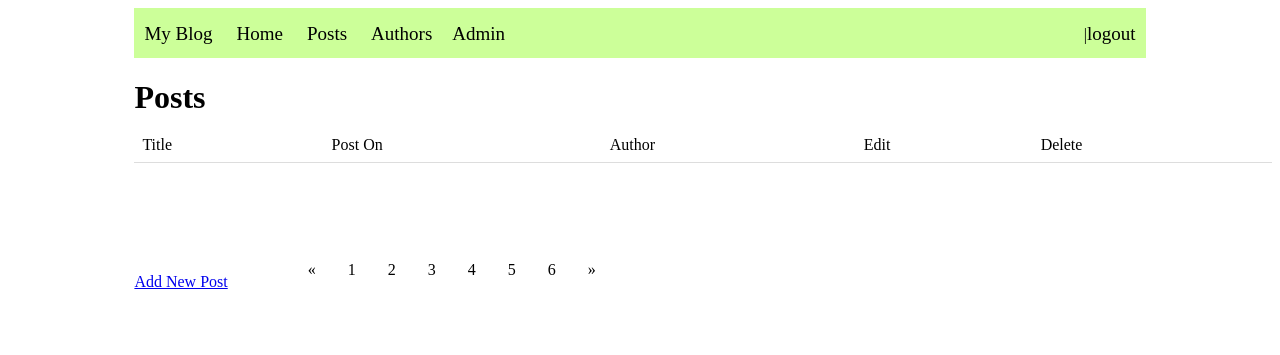
Repository: Software284/servlet-jsp-project
Page: http://localhost/Crud_WIth_Spring_Mvc_and_Hibernate_with_xml/WEB-INF/view/main.jsp
The author's editor kept a copy of each file at every save. The page is drawn from the files as they stood at one save, then again after the next save.
The browser window is 1280 px wide. The pictures show the whole page.
The page is served by Tomcat 9. Nobody is signed in. Other server files are loaded and not shown. The template is opened directly, without the code that normally fills it, so the values that code supplies are empty.

Above is the page before, as saved 2020-06-13 20:10:59.

### Crud WIth Spring Mvc and Hibernate with xml/WebContent/WEB-INF/view/main.jsp
<%@ page language="java" contentType="text/html; charset=ISO-8859-1"
    pageEncoding="ISO-8859-1"%>
<%@ taglib uri="http://java.sun.com/jsp/jstl/core" prefix="c"%>

<!DOCTYPE html>
<html>
<head>
	<title>Bootstrap Example</title>
  <meta charset="utf-8">
  <meta name="viewport" content="width=device-width, initial-scale=1">
  <style type="text/css">
  	.header
  	{
  	    width: 80%;
  	    height:50px;
  	    margin-left: 10%;
  		background-color: #ccff99;
  		padding:0px;
  	}
  	ul
  	{

  		margin:0px;
  		padding:0px;

  	}
  	ul li
  	{
  		display: inline-block;
  		margin-top: 10px;  		margin-left: 5px;
  		padding: 5px;
  		list-style-type: none;
  		margin-right: 5px;

  	}
  	ul li a
  	{
  		color:#fff;
  		text-decoration: none;
  		font-size: 19px;
  		color:#000;
  	}
  	ul li.right
  	{
  		float:right;
  	}
  	h1
  	{
  		margin-left:10%;
  		margin-bottom: 12px;
  		font-weight: bold;
  	}




.dropdown {
  position: relative;
  display: inline-block;
}

.dropdown-content {
  display: none;
  position: absolute;
  background-color: #f9f9f9;
  min-width: 160px;
  box-shadow: 0px 8px 16px 0px rgba(0,0,0,0.2);
  z-index: 1;
}

.dropdown-content a {
  color: black;
  padding: 12px 16px;
  text-decoration: none;
  display: block;
}

.dropdown-content a:hover {background-color: #f1f1f1}

.dropdown:hover .dropdown-content {
  display: block;
}
form
{
  margin-left:10%;
}
table {
  border-collapse: collapse;
  width: 100%;
  margin-bottom: 30px;
}

th, td {
  padding: 8px;
  text-align: left;
  border-bottom: 1px solid #ddd;
}

tr:hover {background-color:#f5f5f5;}



  @Media(max-width: 700px)
  {
  	.header ul li a
  	{
  		font-size: 15px;
  	}
  }
   @Media(max-width: 400px)
  {
  	.header ul li a
  	{
  		font-size: 10px;
  	}

  }

  .pagination {
  display: inline-block;
  margin-left:60px;
  margin-top:60px;
}

.pagination a {
  color: black;
  float: left;
  padding: 8px 16px;
  text-decoration: none;
}

.pagination a.active {
  background-color: #4CAF50;
  color: white;
}

.pagination a:hover:not(.active) {background-color: #ddd;}





  </style>
</head>
<body>





   <div class="header">
   	<ul>
   		<li><a href="#">My Blog</a></li>
   		<li><a href="#">Home</a></li>
   		<li class="dropdown">
   			<a href="#" class="dropbtn" >Posts</a>
   			<div class="dropdown-content">
   				<a href="#">Link1</a>
   				<a href="#">Link2</a>
   				<a href="#">Link3</a>
   			</div>
   		</li>
   		<li class="dropdown">
   			<a href="#" class="dropbtn">Authors</a>
   			<div class="dropdown-content">
   				<a href="#">Link1</a>
   				<a href="#">Link2</a>
   				<a href="#">Link3</a>
   			</div>

      <li class="dropdown">
        <a href="#" class="dropbtn">Admin</a>
        <div class="dropdown-content">
          <a href="#">Link1</a>
          <a href="#">Link2</a>
          <a href="#">Link3</a>
        </div>
      </li>

   		</li>
   		<li class="right"><c:out value="${username}"/>|<a href="logout">logout</a></li>
   	</ul>
   </div>
   <h1>Posts</h1>
   <form>
     <table>
       <thead>
              <tr>
        	 <td>Title</td>
             <td>Post On</td>
             <td>Author</td>
             <td>Edit</td>
             <td>Delete</td>
             </tr>
        </thead>
        <tbody>

        <c:forEach var="table" items="${rs.rows}">
             <tr>
               <td><c:out value="${table.title}"/></td>
              <td><c:out value="${table.posted_on}"/></td>
              <td><c:out value="${table.author}"/></td>
              <td><a href="updatepage?id=${table.id}">Update</a></td>
              <td><a href="delete?id=${table.id}">Delete</a></td>
            </tr>
        </c:forEach>

       </tbody>
     </table>
   </form>

   <a href="newpost" style="margin-left: 10%;">Add New Post</a>

   <div class="pagination">
  <a href="#">&laquo;</a>
  <a href="pagination?page=1">1</a>
  <a href="pagination?page=2">2</a>
  <a href="pagination?page=3">3</a>
  <a href="pagination?page=4">4</a>
  <a href="pagination?page=5">5</a>
  <a href="pagination?page=6">6</a>
  <a href="#">&raquo;</a>
</div>

</body>
</html>

After the next save:
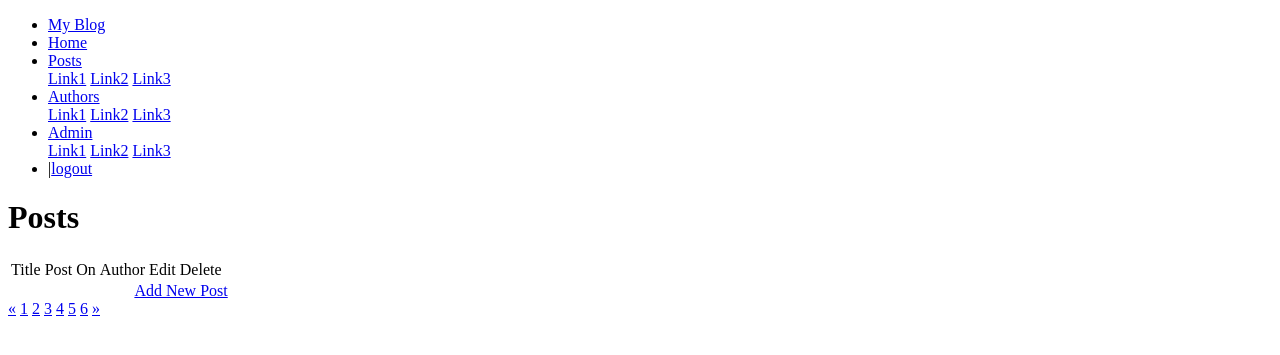
Saved 25 s later.
--- a/Crud WIth Spring Mvc and Hibernate with xml/WebContent/WEB-INF/view/main.jsp
+++ b/Crud WIth Spring Mvc and Hibernate with xml/WebContent/WEB-INF/view/main.jsp
@@ -8,139 +8,6 @@
 	<title>Bootstrap Example</title>
   <meta charset="utf-8">
   <meta name="viewport" content="width=device-width, initial-scale=1">
-  <style type="text/css">
-  	.header
-  	{
-  	    width: 80%;
-  	    height:50px;
-  	    margin-left: 10%;
-  		background-color: #ccff99;
-  		padding:0px;
-  	}
-  	ul
-  	{
-
-  		margin:0px;
-  		padding:0px;
-
-  	}
-  	ul li
-  	{
-  		display: inline-block;
-  		margin-top: 10px;  		margin-left: 5px;
-  		padding: 5px;
-  		list-style-type: none;
-  		margin-right: 5px;
-
-  	}
-  	ul li a
-  	{
-  		color:#fff;
-  		text-decoration: none;
-  		font-size: 19px;
-  		color:#000;
-  	}
-  	ul li.right
-  	{
-  		float:right;
-  	}
-  	h1
-  	{
-  		margin-left:10%;
-  		margin-bottom: 12px;
-  		font-weight: bold;
-  	}
-
-
-
-
-.dropdown {
-  position: relative;
-  display: inline-block;
-}
-
-.dropdown-content {
-  display: none;
-  position: absolute;
-  background-color: #f9f9f9;
-  min-width: 160px;
-  box-shadow: 0px 8px 16px 0px rgba(0,0,0,0.2);
-  z-index: 1;
-}
-
-.dropdown-content a {
-  color: black;
-  padding: 12px 16px;
-  text-decoration: none;
-  display: block;
-}
-
-.dropdown-content a:hover {background-color: #f1f1f1}
-
-.dropdown:hover .dropdown-content {
-  display: block;
-}
-form
-{
-  margin-left:10%;
-}
-table {
-  border-collapse: collapse;
-  width: 100%;
-  margin-bottom: 30px;
-}
-
-th, td {
-  padding: 8px;
-  text-align: left;
-  border-bottom: 1px solid #ddd;
-}
-
-tr:hover {background-color:#f5f5f5;}
-
-
-
-  @Media(max-width: 700px)
-  {
-  	.header ul li a
-  	{
-  		font-size: 15px;
-  	}
-  }
-   @Media(max-width: 400px)
-  {
-  	.header ul li a
-  	{
-  		font-size: 10px;
-  	}
-
-  }
-
-  .pagination {
-  display: inline-block;
-  margin-left:60px;
-  margin-top:60px;
-}
-
-.pagination a {
-  color: black;
-  float: left;
-  padding: 8px 16px;
-  text-decoration: none;
-}
-
-.pagination a.active {
-  background-color: #4CAF50;
-  color: white;
-}
-
-.pagination a:hover:not(.active) {background-color: #ddd;}
-
-
-
-
-
-  </style>
 </head>
 <body>
 
